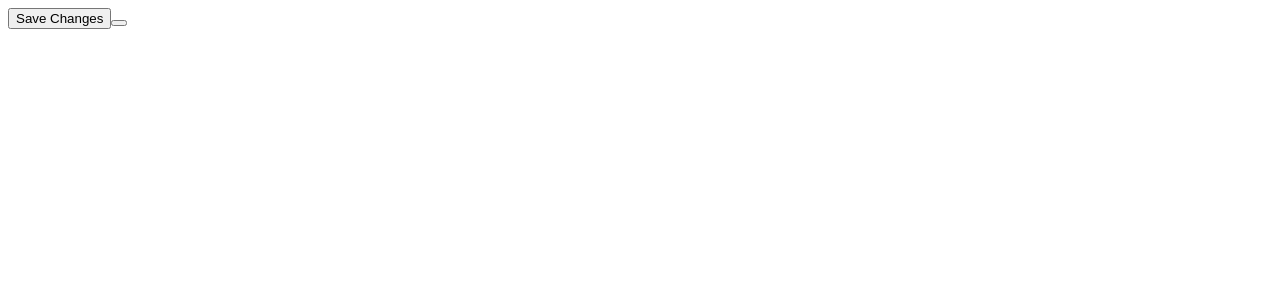
Repository: TaewookKwak/React
Page: props.html
The author's editor kept a copy of each file at every save. The page is drawn from the files as they stood at one save, then again after the next save.
The browser window is 1280 px wide. The pictures show the whole page.

Above is the page before, as saved 2021-12-15 11:53:26.

### props.html
<!DOCTYPE html>
<html lang="en">
  <body>
    <div id="root"></div>
  </body>
  <script src="https://unpkg.com/react@17.0.2/umd/react.production.min.js"></script>
  <script src="https://unpkg.com/react-dom@17.0.2/umd/react-dom.production.min.js"></script>
  <script src="https://unpkg.com/@babel/standalone/babel.min.js"></script>
  <script type="text/babel">
    const root = document.querySelector("#root");
    function SaveBtn() {
      return <button>Save Changes</button>;
    }

    function ConfirmBtn() {
      return <button></button>;
    }
    function App() {
      return (
        <div>
          <SaveBtn />
          <ConfirmBtn />
        </div>
      );
    }

    ReactDOM.render(<App />, root);
  </script>
</html>

After the next save:
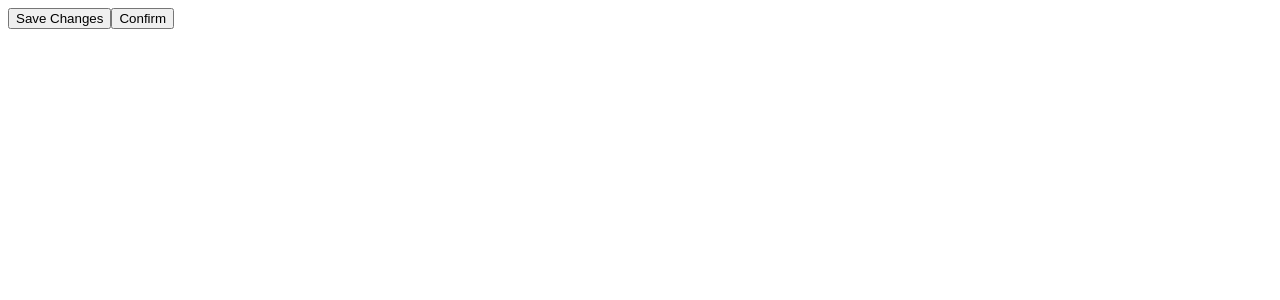
Saved 7 s later.
--- a/props.html
+++ b/props.html
@@ -13,7 +13,7 @@
     }
 
     function ConfirmBtn() {
-      return <button></button>;
+      return <button>Confirm</button>;
     }
     function App() {
       return (
